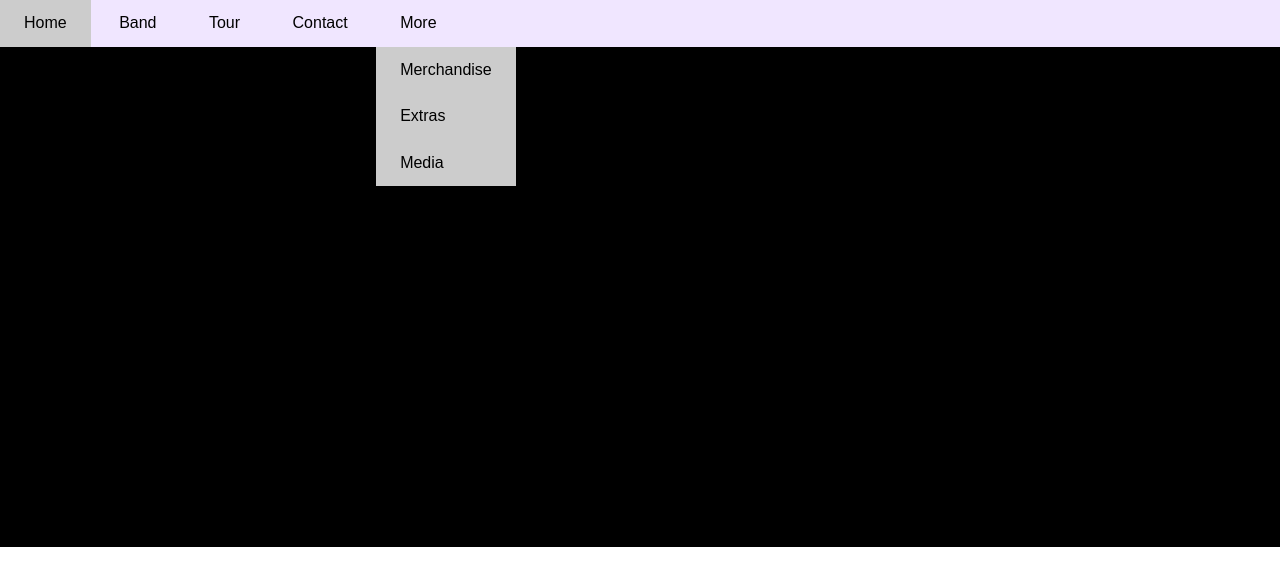
Repository: Ducspdn/WeTheBandF8
Page: w3_band/index.html
These files come from the project's save history. The page is drawn as it stood at one moment and after the next save; the edit follows.
The browser window is 1280 px wide. The pictures show the whole page.

Above is the page before, as saved 2023-01-16 22:14:45.

After the next save:
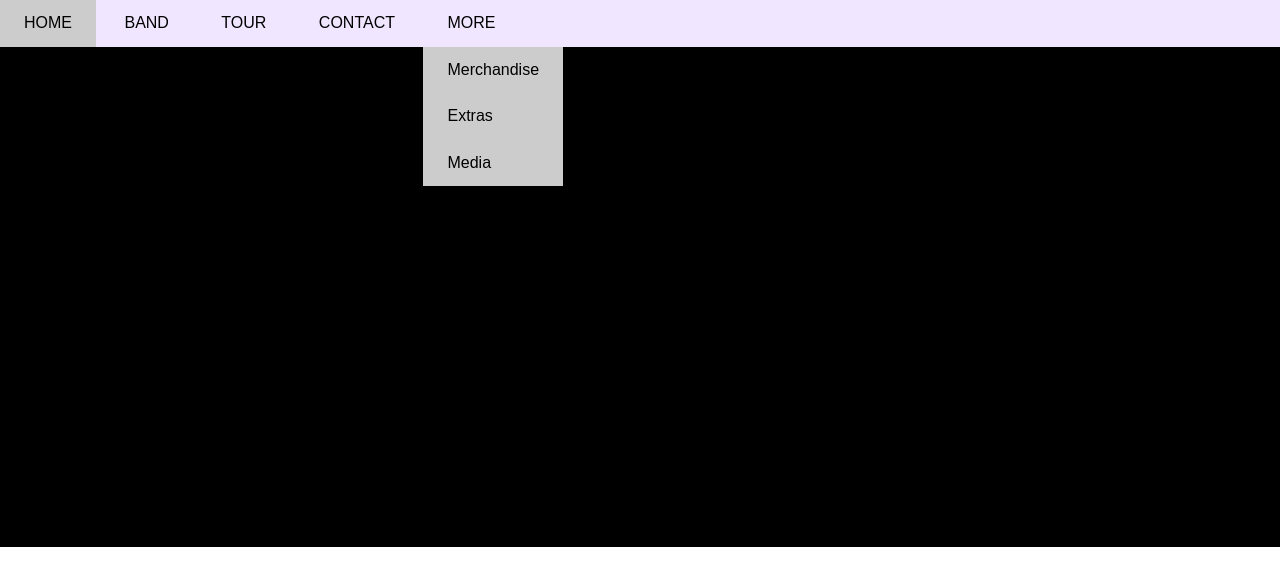
Saved 3 min 57 s later.
--- a/w3_band/assets/css/style.css
+++ b/w3_band/assets/css/style.css
@@ -42,6 +42,8 @@ html{
     position : relative ;
 }
 #nav > li > a {
+    text-transform: uppercase;
+    /* viết in hoa */
     color : black ;
 }
 #nav li a {
